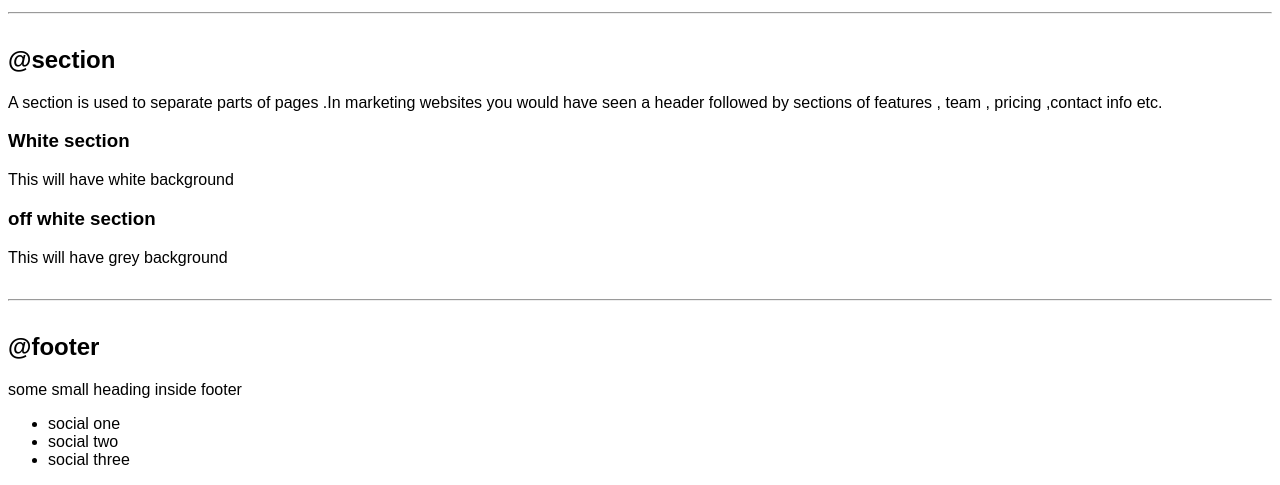
Repository: nihalani20/KomalNihalani-Portfolio
Page: index.html
The author's editor kept a copy of each file at every save. The page is drawn from the files as they stood at one save, then again after a run of saves.
The browser window is 1280 px wide. The pictures show the part of the page from y = 2075 to 2736 px (the page is 2560 px tall before and 2736 px after).
A picture or video elsewhere on the page could not be fetched, so the positions and the page height are approximate.

Above is the page before, as saved 2023-10-29 14:53:20.

After the next 5 saves:
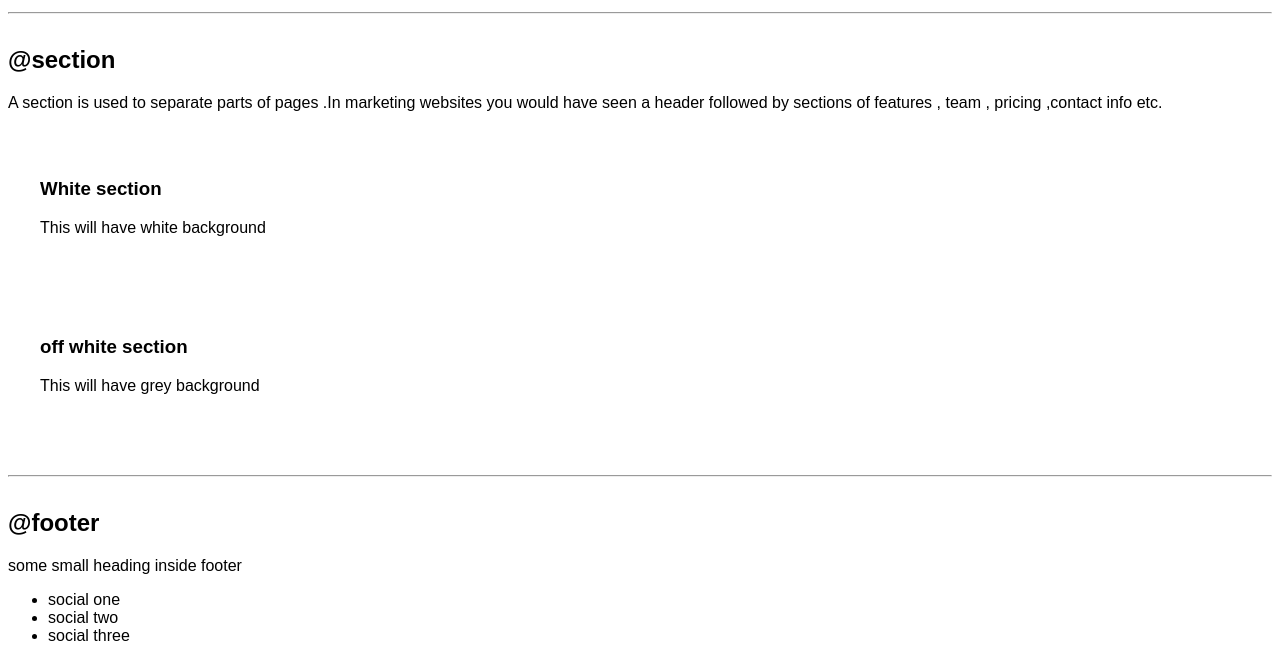
The 5 saves are shown as one change because they came seconds apart.
The last was saved 12 s later.
--- a/style.css
+++ b/style.css
@@ -115,5 +115,6 @@ hr{
 
 
 .section{
+    padding: 2rem;
 
 }
